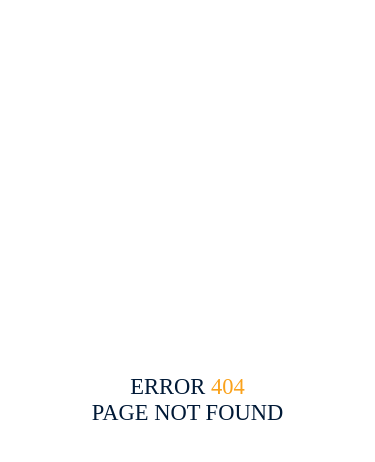
Repository: PatrykGrzegorek/PageNotFound_Akai
Page: notfound.html
The author's editor kept a copy of each file at every save. The page is drawn from the files as they stood at one save, then again after the next save.
The browser window is 375 px wide. The pictures show the whole page.

Above is the page before, as saved 2019-11-30 10:26:16.

After the next save:
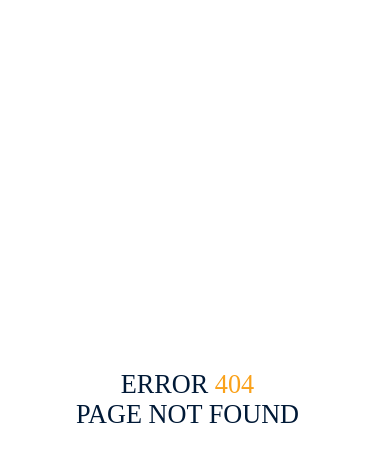
Saved 14 s later.
--- a/notfound.css
+++ b/notfound.css
@@ -31,6 +31,6 @@
     }
 
     #main{
-        font-size: 6vw;
+        font-size: 7vw;
     }
   }
